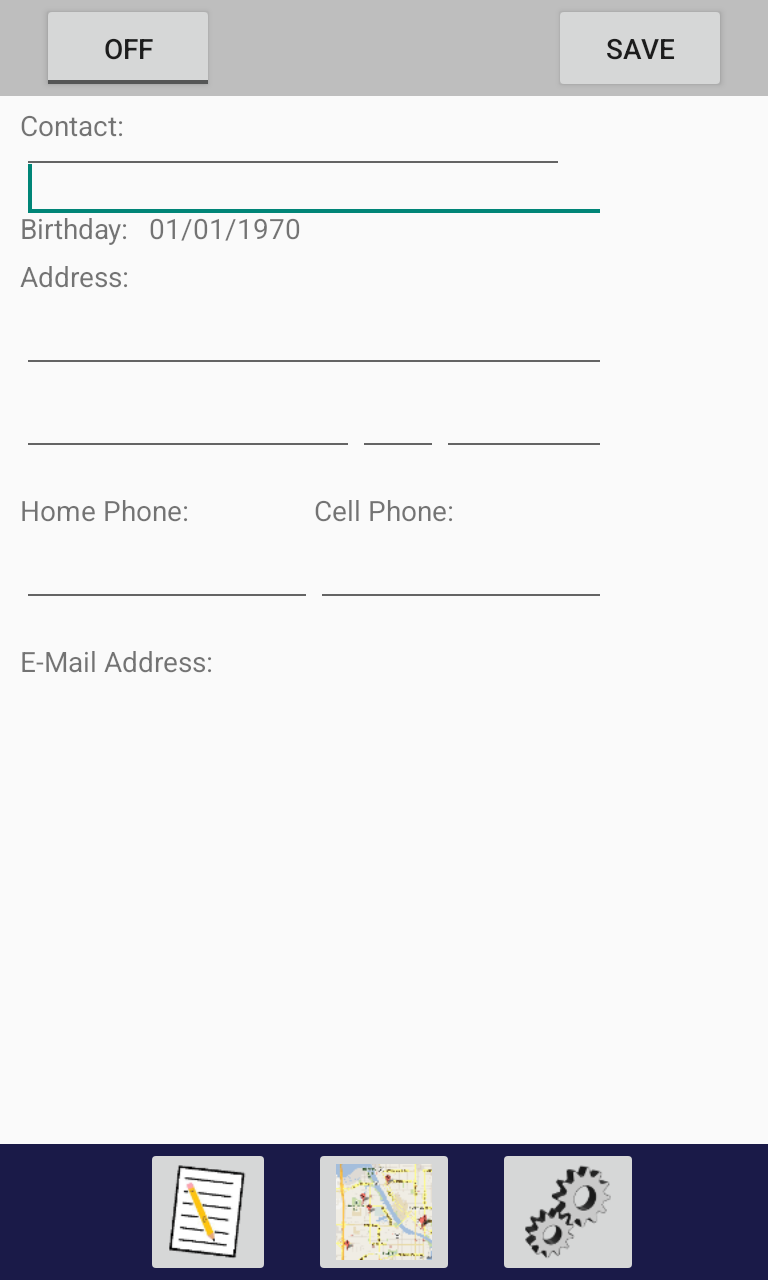
Repository: MobileApps-Cascadia/JenniferBronson_ExercisesChapter5
Layout: MyContactList/res/layout/activity_contact.xml
An editor plug-in stored every save of this project. The layout is shown before and after the next save, followed by the edit.
It is drawn on a 768 x 1280 px phone screen (xhdpi) without system bars, with theme AppTheme; the app's code is not run.

Above is the layout before, as saved 2014-04-26 22:32:57.

After the next save:
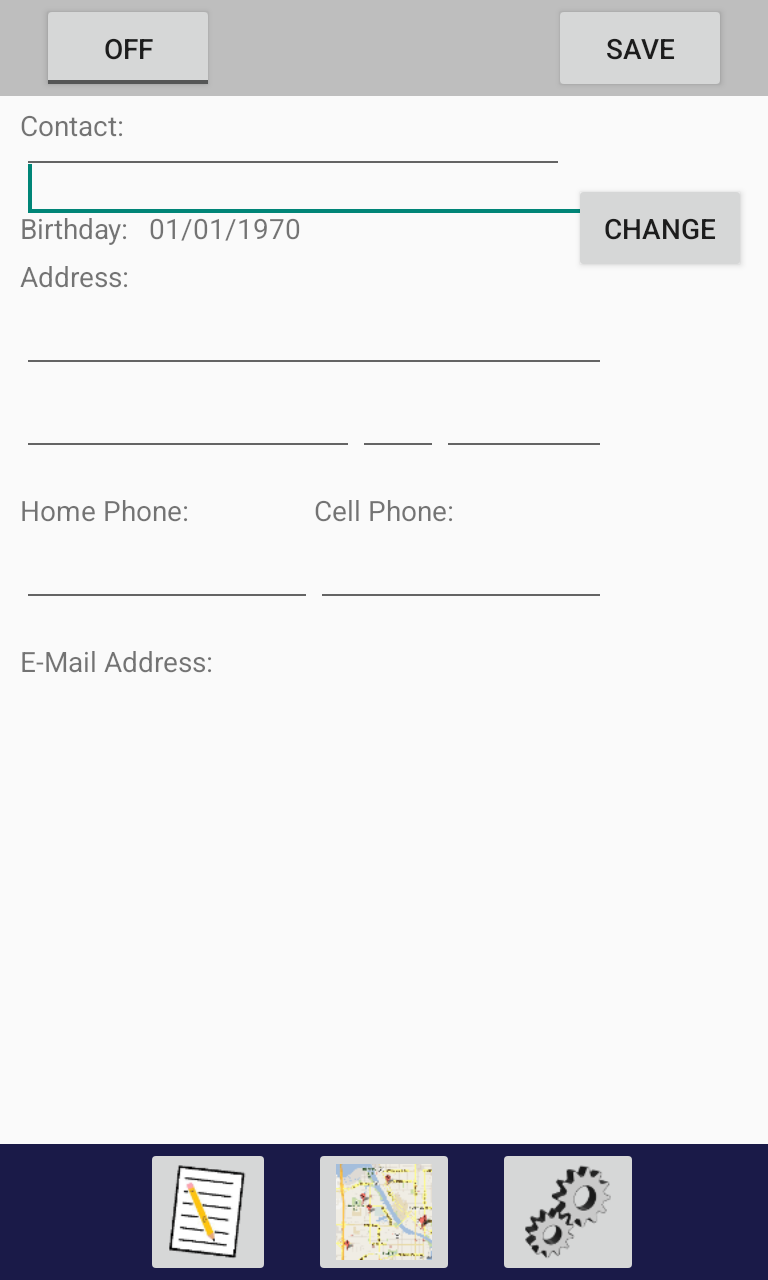
Saved 3 min 57 s later.
--- a/MyContactList/res/layout/activity_contact.xml
+++ b/MyContactList/res/layout/activity_contact.xml
@@ -261,6 +261,15 @@
                 android:paddingBottom="25dp"
                 />
 
+            <Button
+                android:id="@+id/btnBirthday"
+                android:text="Change"
+                android:layout_width="wrap_content"
+                android:layout_height="wrap_content"
+                android:layout_alignParentRight="true"
+                android:layout_marginRight="10dp"
+                android:layout_alignBaseline="@+id/textBirthday" />
+
         </RelativeLayout>
     </ScrollView>
 
